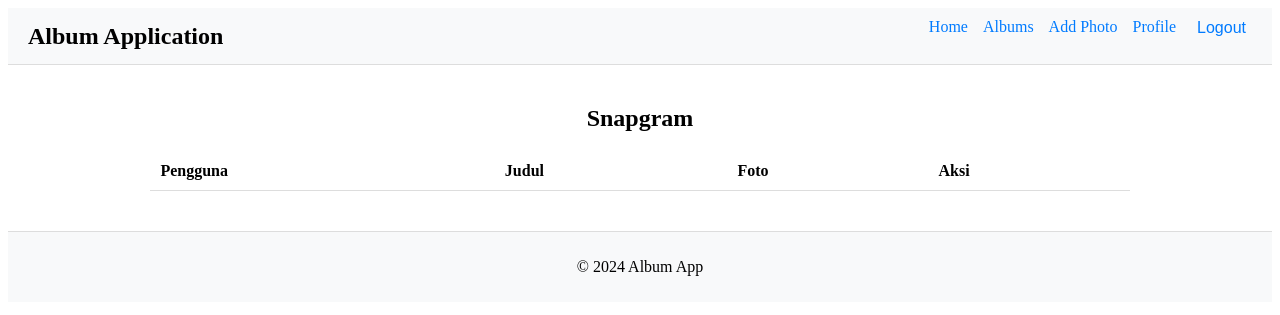
Repository: daffa-alif/snapgram
Page: http://localhost/home
An editor plug-in stored every save of this project. The page is shown before and after the next save, followed by the edit.
The browser window is 1280 px wide. The pictures show the whole page.
The page is served by the project's Laravel application, run on PHP 8.4 with Laravel 12. A made-up administrator, Test User (test@example.com), is signed in. Queries for data that is not in the repository find no rows.

Above is the page before, as saved 2024-10-23 13:11:31.

After the next save:
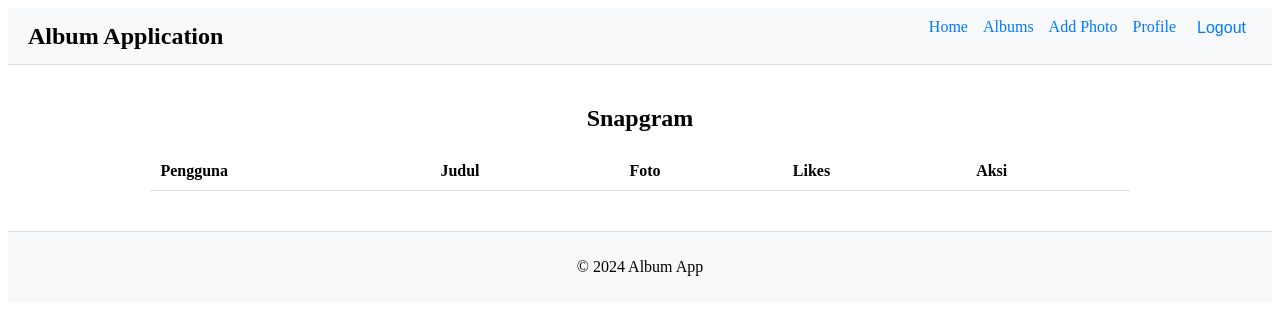
Saved 43 s later.
--- a/resources/views/home.blade.php
+++ b/resources/views/home.blade.php
@@ -8,6 +8,7 @@
             <th>Pengguna</th>
             <th>Judul</th>
             <th>Foto</th>
+            <th>Likes</th> <!-- New column for likes -->
             <th>Aksi</th>
         </tr>
     </thead>
@@ -21,6 +22,7 @@
                      src="{{ asset('storage/' . $photo->lokasiFile) }}"
                      alt="{{ $photo->judulFoto }}">
             </td>
+            <td>{{ $photo->likes_count }}</td> <!-- Display the likes count -->
             <td>
                 <!-- Like/Unlike button -->
                 <form action="{{ route('photos.like', $photo->fotoID) }}" method="POST" class="like-form">
@@ -44,41 +46,40 @@
 
 <style>
     .snapgram-title {
-    text-align: center;
-    font-size: 24px;
-}
+        text-align: center;
+        font-size: 24px;
+    }
 
-.photos-table {
-    width: 80%; /* Adjust the table width as needed */
-    margin: 0 auto; /* Centers the table horizontally */
-    border-collapse: collapse;
-}
+    .photos-table {
+        width: 80%; /* Adjust the table width as needed */
+        margin: 0 auto; /* Centers the table horizontally */
+        border-collapse: collapse;
+    }
 
-.photos-table th,
-.photos-table td {
-    padding: 10px;
-    border-bottom: 1px solid #ddd;
-    text-align: left;
-}
+    .photos-table th,
+    .photos-table td {
+        padding: 10px;
+        border-bottom: 1px solid #ddd;
+        text-align: left;
+    }
 
-.photo-thumbnail {
-    width: 200px;
-    aspect-ratio: 1/1;
-    object-fit: cover;
-}
+    .photo-thumbnail {
+        width: 200px;
+        aspect-ratio: 1/1;
+        object-fit: cover;
+    }
 
-.like-form {
-    display: inline;
-}
+    .like-form {
+        display: inline;
+    }
 
-.comment-button {
-    margin-left: 10px;
-    text-decoration: none;
-    color: #007BFF;
-}
+    .comment-button {
+        margin-left: 10px;
+        text-decoration: none;
+        color: #007BFF;
+    }
 
-.comment-button:hover {
-    text-decoration: underline;
-}
-
+    .comment-button:hover {
+        text-decoration: underline;
+    }
 </style>
